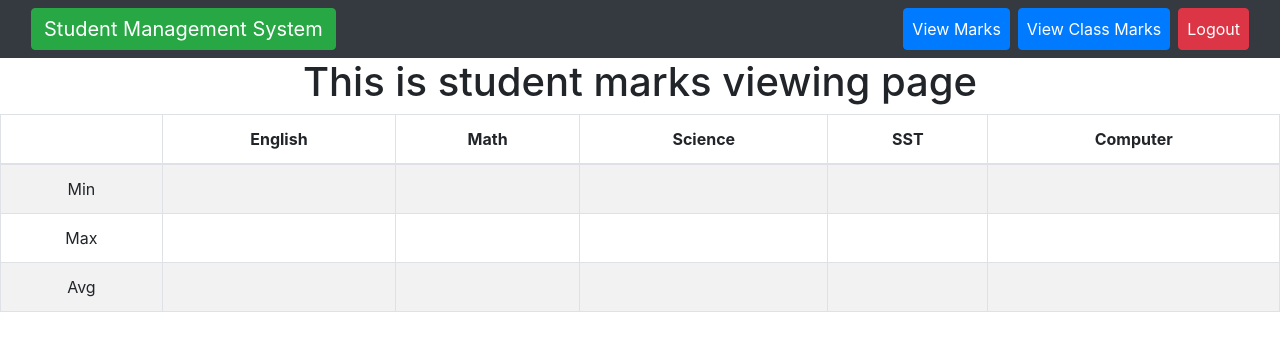
Repository: arupmaji404/StudentManagementSystem
Page: http://localhost/student/view-class-marks
An editor plug-in stored every save of this project. The page is shown before and after the next save, followed by the edit.
The browser window is 1280 px wide. The pictures show the whole page.
The page is this project's Thymeleaf template; nobody is signed in. The template is opened directly, without the code that normally fills it, so the values that code supplies are empty.

Above is the page before, as saved 2022-09-21 04:13:28.

After the next save:
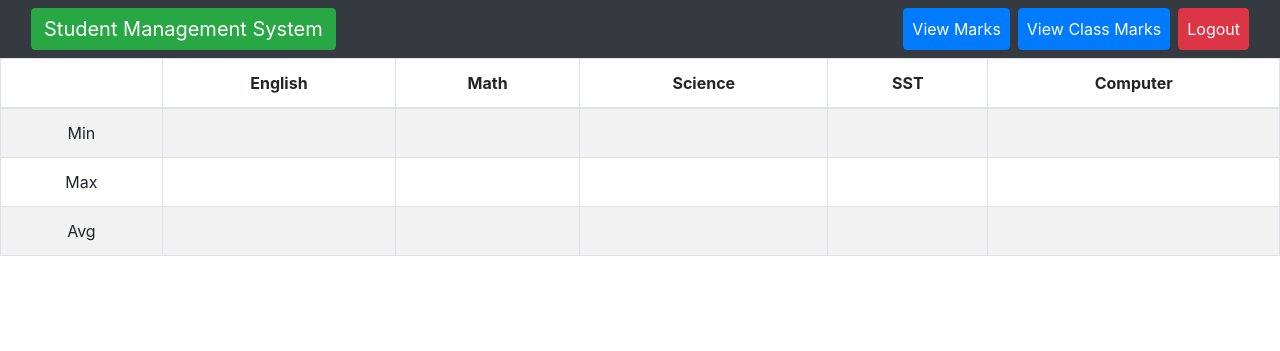
Saved 67 min 27 s later.
--- a/StudentManagementSystem/src/main/resources/templates/student/view-class-marks.html
+++ b/StudentManagementSystem/src/main/resources/templates/student/view-class-marks.html
@@ -11,9 +11,6 @@
 </head>
 <body>
 	<div th:insert="navbar_student :: navbar"></div>
-	<div class="text-center mb-2">
-		<h1>This is student marks viewing page</h1>
-	</div>
 
 
 	<table class="table table-bordered table-striped text-center">
